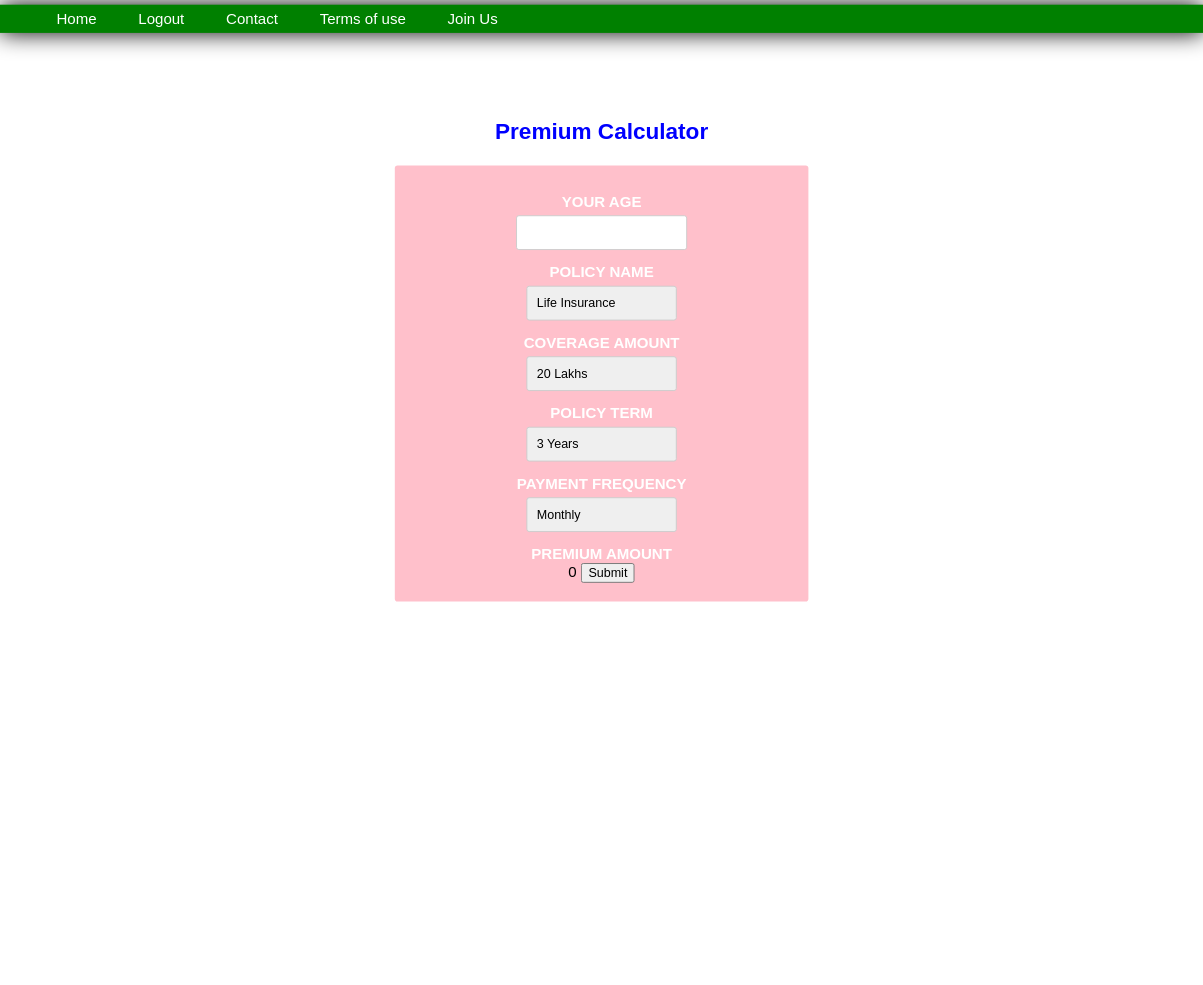
Repository: sowmini-nats/git-spring-project
Page: http://localhost/InsuranceAutomationSystem/PremiumCalculator.jsp
An editor plug-in stored every save of this project. The page is shown before and after the next save, followed by the edit.
The browser window is 1280 px wide. The pictures show the whole page, at 94% of full size.
The page is served by Tomcat 10.

Above is the page before, as saved 2023-10-31 00:04:58.

After the next save:
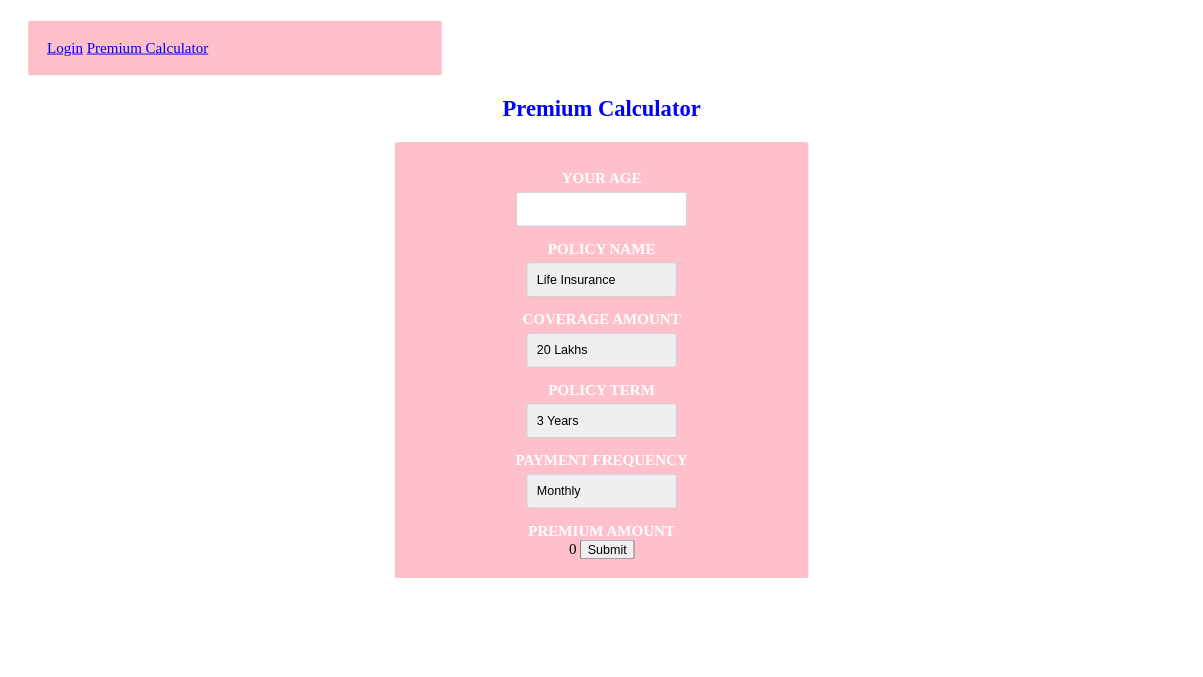
Saved 16 s later.
--- a/eclipse-workspace-jspassessment/InsuranceAutomationSystem/src/main/webapp/PremiumCalculator.jsp
+++ b/eclipse-workspace-jspassessment/InsuranceAutomationSystem/src/main/webapp/PremiumCalculator.jsp
@@ -48,7 +48,7 @@
     </style>
 </head>
 <body>
-<jsp:include page="Navigation.jsp"/>
+<jsp:include page="navbar.jsp"/>
 <center>
     <h1>Premium Calculator</h1>
     <div>
